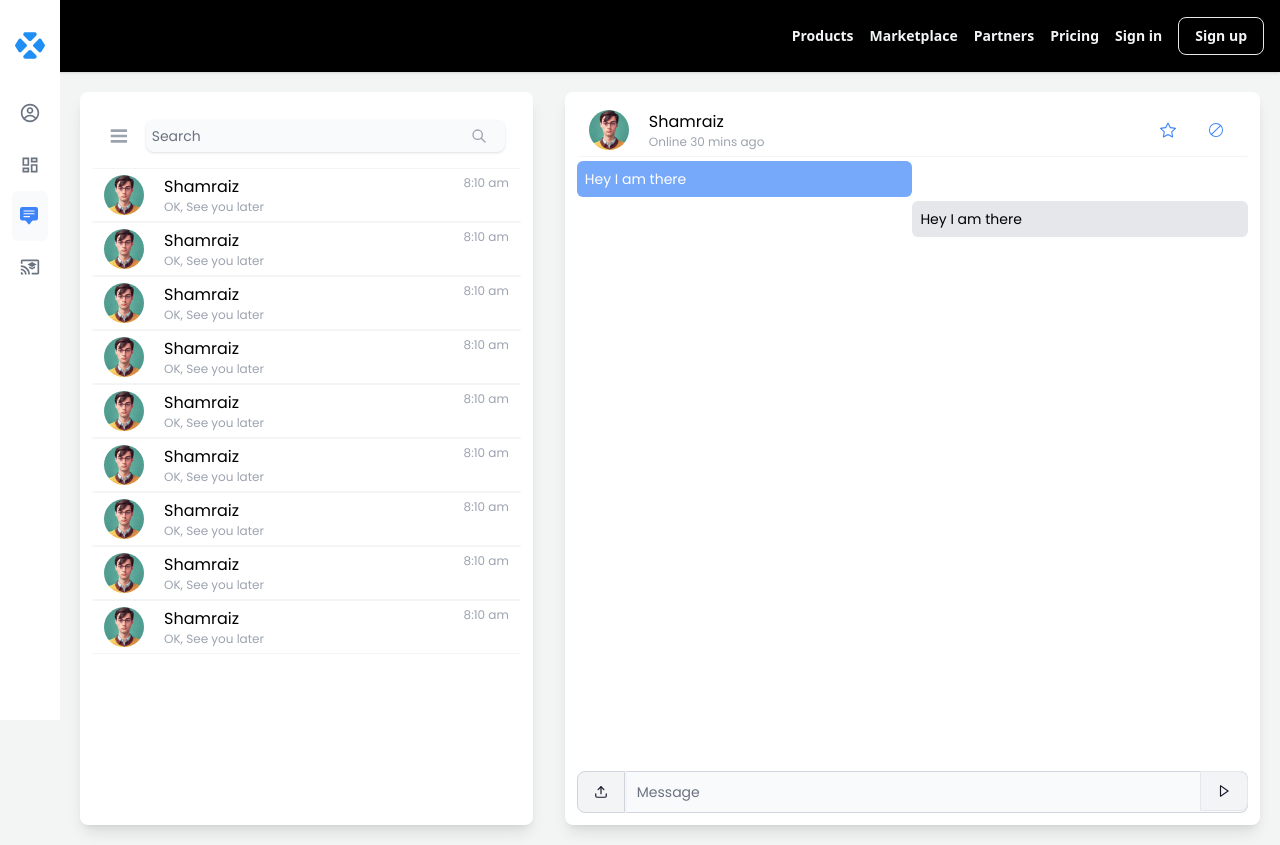
Repository: Shamraiz761/Frontend-Assessment
Page: /chat
An editor plug-in stored every save of this project. The page is shown before and after the next save, followed by the edit.
The browser window is 1280 px wide. The pictures show the whole page.
The project was rebuilt for these pictures with package versions that can differ from the ones it lists, and the page was loaded fresh each time. Also part of the build but not shown: vite.config.js, src/routes/root.jsx, src/pages/orders/index.jsx, src/pages/submission/index.jsx, src/pages/admin/index.css, src/components/admin/card.jsx, src/components/admin/addCard.jsx, src/pages/admin/index.jsx and 3 more. Imported but missing from the stored project, and not drawn on this page: src/pages/auth/login, src/pages/tasks, src/routes/profileLayout.

Above is the page before, as saved 2023-07-06 13:51:45.

After the next save:
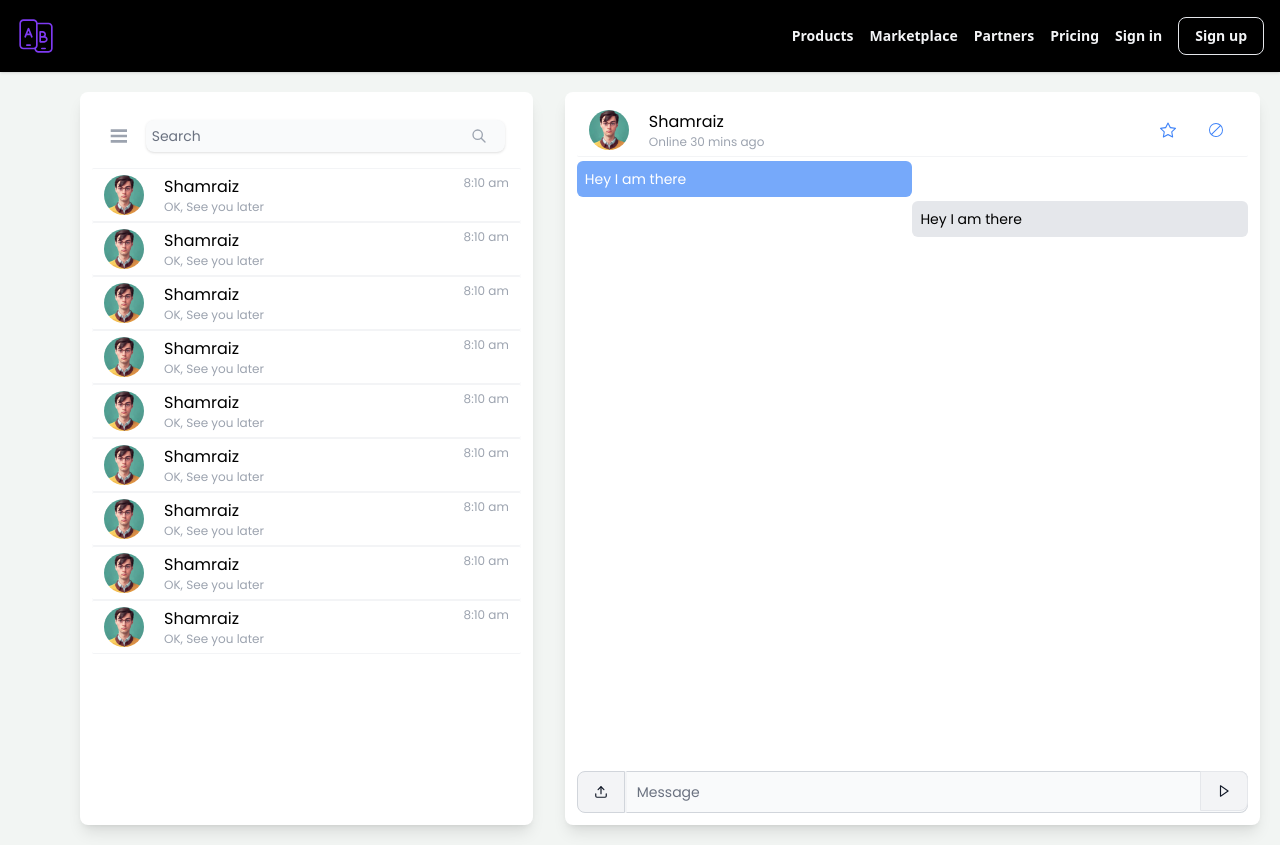
Saved 44 s later.
--- a/src/routes/layout.jsx
+++ b/src/routes/layout.jsx
@@ -23,113 +23,7 @@ export default function Layout() {
   return (
     <div>
       <Header />
-      <div
-        className={`h-screen bg-white p-3 ${
-          open ? "w-56" : "w-[60px]"
-        } fixed top-0 sidebar z-50`}
-      >
-        <div className="flex flex-row justify-center">
-          <svg
-            width="67"
-            height="67"
-            viewBox="0 0 67 67"
-            fill="none"
-            xmlns="http://www.w3.org/2000/svg"
-            className={` text-4xl block float-left cursor-pointer rounded transition duration-500 ${
-              !open && "rotate-[360deg]"
-            }`}
-            onClick={() => {
-              setOpen(!open);
-              setType(false);
-            }}
-          >
-            <path
-              d="M22.138 15.2984L30.8759 24.0363C32.3276 25.488 34.7005 25.488 36.1522 24.0363L44.8901 15.2984C47.2351 12.9534 45.588 8.90552 42.238 8.90552H24.7622C21.4401 8.90552 19.7651 12.9534 22.138 15.2984Z"
-              fill="#208FF5"
-            />
-            <path
-              d="M22.138 51.7017L30.8759 42.9637C32.3276 41.5121 34.7005 41.5121 36.1522 42.9637L44.8901 51.7017C47.2351 54.0467 45.588 58.0946 42.238 58.0946H24.7622C21.4401 58.0946 19.7651 54.0467 22.138 51.7017Z"
-              fill="#208FF5"
-            />
-            <path
-              d="M6.03002 31.9088L12.423 21.8588C13.428 20.2676 15.6614 20.0163 17.0014 21.3563L27.0514 31.4063C28.1959 32.5509 28.1959 34.4213 27.0514 35.5659L17.0014 45.6159C15.6614 46.9559 13.456 46.7047 12.423 45.1134L6.03002 35.0634C5.44377 34.1142 5.44377 32.8859 6.03002 31.9088Z"
-              fill="#208FF5"
-            />
-            <path
-              d="M60.9701 31.9088L54.5771 21.8588C53.5721 20.2676 51.3387 20.0163 49.9987 21.3563L39.9488 31.4063C38.8042 32.5509 38.8042 34.4213 39.9488 35.5659L49.9987 45.6159C51.3387 46.9559 53.5442 46.7047 54.5771 45.1134L60.9701 35.0634C61.5563 34.1142 61.5563 32.8859 60.9701 31.9088Z"
-              fill="#208FF5"
-            />
-          </svg>
-        </div>
 
-        {/* Search */}
-
-        <ul className="pt-2">
-          <Link
-            to="/"
-            className={
-              ["/tasks", "/orders", "/submission", "/payment", "/"].includes(
-                pathname
-              )
-                ? sc
-                : uc
-            }
-          >
-            <span className="text-xl block">
-              <CgProfile />
-            </span>
-            <span
-              className={` text-xs font-md flex-1 hidden-link ${
-                !open && "hidden"
-              }`}
-            >
-              Profile
-            </span>
-          </Link>
-          {/* Dashboard */}
-          <Link
-            to="/marketplace"
-            className={pathname == "/marketplace" ? sc : uc}
-          >
-            <span className="text-xl block">
-              <MdOutlineDashboard />
-            </span>
-            <span
-              className={` text-sm font-md hidden-link ${!open && "hidden"}`}
-            >
-              Marketplace
-            </span>
-          </Link>
-
-          {/* Lens */}
-          <Link to="/chat" className={pathname == "/chat" ? sc : uc}>
-            <span className="text-lg block">
-              <BsFillChatSquareTextFill />
-            </span>
-            <span
-              className={` text-xs font-md flex-1  hidden-link ${
-                !open && "hidden"
-              }`}
-            >
-              Chat
-            </span>
-          </Link>
-
-          {/* Orders */}
-          <Link to="/education" className={pathname == "/education" ? sc : uc}>
-            <span className="text-xl block">
-              <MdOutlineCastForEducation />
-            </span>
-            <span
-              className={` text-xs font-md flex-1  hidden-link ${
-                !open && "hidden"
-              }`}
-            >
-              Education
-            </span>
-          </Link>
-        </ul>
-      </div>
       <div className={`${open ? "ml-56" : "ml-[60px]"}`}>
         <Outlet />
       </div>
